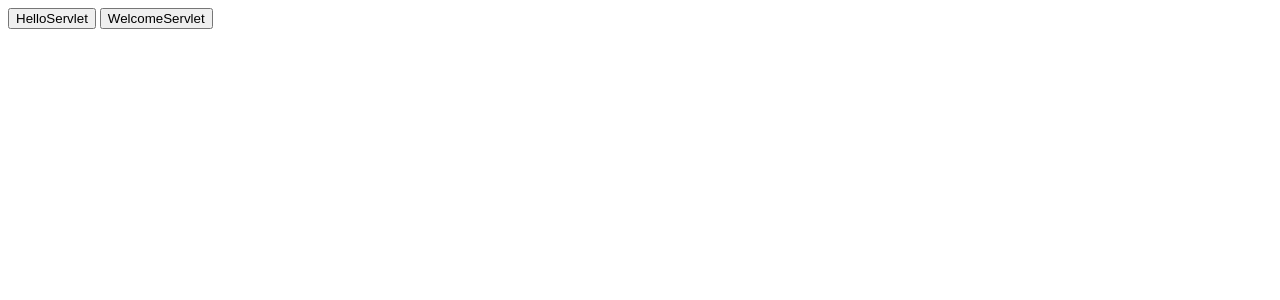
Repository: jun-01731/test
Page: http://localhost/HelloServlet2/
These files come from the project's save history. The page is drawn as it stood at one moment and after the next save; the edit follows.
The browser window is 1280 px wide. The pictures show the whole page.
The page is served by Tomcat 9.

Above is the page before, as saved 2018-06-08 04:03:33.

After the next save:
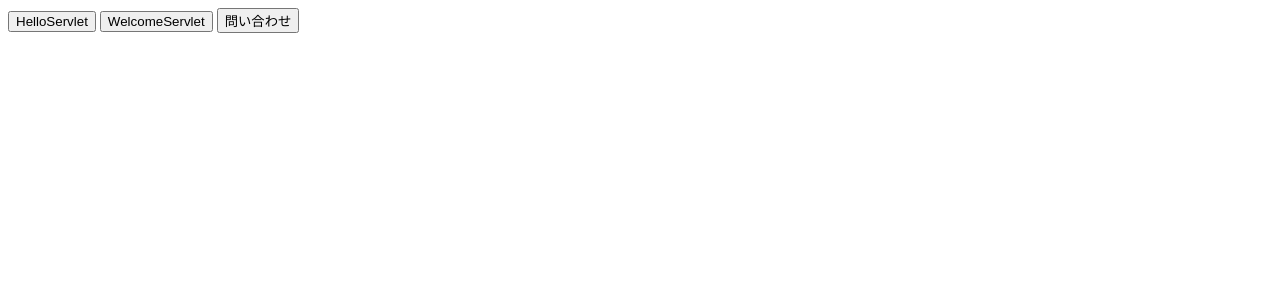
Saved 7 min 24 s later.
--- a/HelloServlet2/WebContent/index.jsp
+++ b/HelloServlet2/WebContent/index.jsp
@@ -9,6 +9,8 @@
 <body>
 <input type="button"value="HelloServlet" onClick="location.href='HelloServlet'">
 <input type="button"value="WelcomeServlet" onClick="location.href='welcome.jsp'">
+<input type="button"value="問い合わせ"onClick="location.href='inquiry.jsp'">
+
 
 
 </body>
